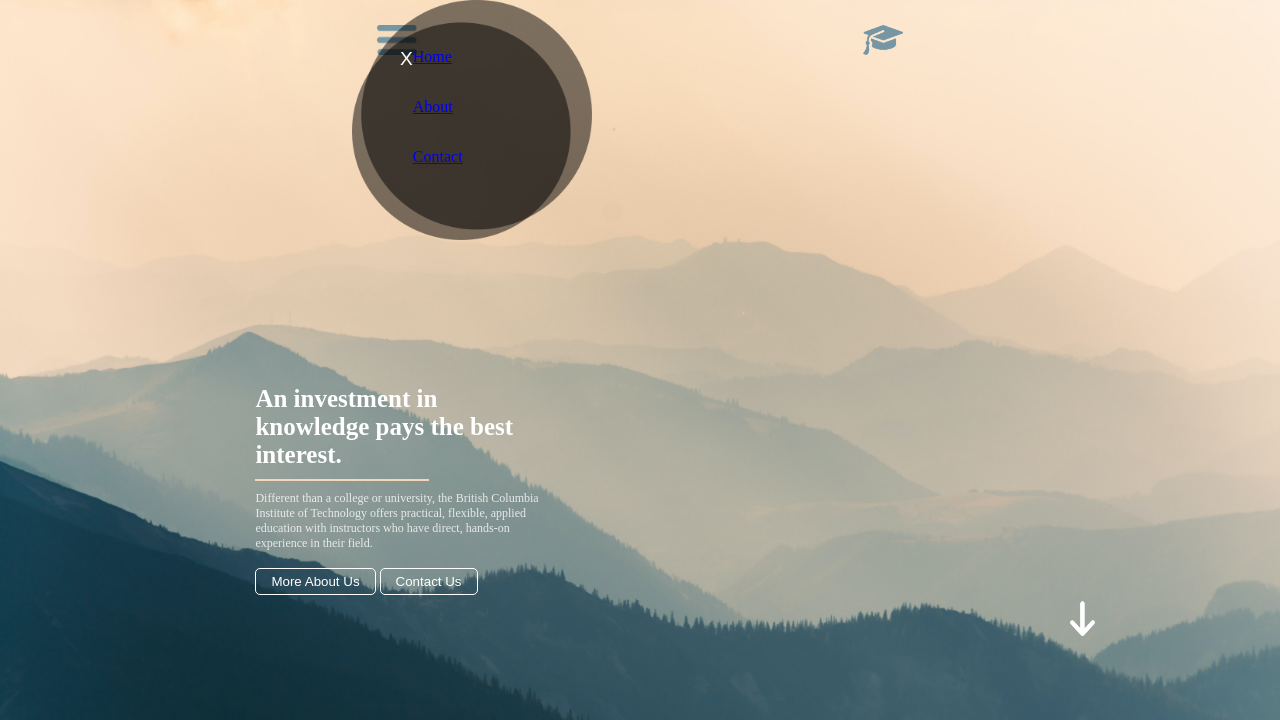
Repository: Sheraliramzan/Aly_A01253508_Assignment1
Page: /
These files come from the project's save history. The page is drawn as it stood at one moment and after a run of saves; the edit follows.
The browser window is 1280 px wide. The pictures show the whole page.
The project was rebuilt for these pictures with package versions that can differ from the ones it lists, and the page was loaded fresh each time. The framework's server and built-in components were replaced by stand-ins that run in the browser. Also part of the build but not shown: next.config.js.

Above is the page before, as saved 2023-02-04 17:48:40.

### pages/index.js
import Head from 'next/head'
import Image from 'next/image'
import styles from '../styles/Home.module.css'
import { useState } from 'react'
import { useRouter } from 'next/router'



export default function Home() {

  const [isMenuOpen, setIsMenuOpen] = useState(false);
  const handleClick = () => {
    setIsMenuOpen(!isMenuOpen);
  };
  const router = useRouter();
  return (
    <>
      <Head>
        <title>Home</title>
        <meta name="author" content="MDIA 2109" />
        <meta property="og:title" content= "Assignment #1 - Home Page"/>
        <meta property="og:description" content= "BCIT Digital Design and Development Diploma"/>
        <meta name="viewport" content="width=device-width, initial-scale=1" />
        <link rel="icon" href="/favicon.png" />
      </Head>
      <main className={styles.main}>
        <div className='fullcont'>
          <div className="navcont">
              <Image
                src={"/icons/menu-icon.png"}
                width={40}
                height={30}
                onClick={handleClick}
              />
              <Image src={"/icons/graduation-hat.png"} width={40} height={30} />
          </div>
          <div className="menucont">
          <div className="listcont">
            <div className="btncont">
              <button className="close" onChange={handleClick}>
                X
              </button>
            </div>
              <ul>
                <li>
                  <a href='#'>Home</a>
                </li>
                <li>
                  <a href='#'>About</a>
                </li>
                <li>
                  <a href='#'>Contact</a>
                </li>
              </ul>
            </div>
          <Image
            src={"/background-images/menuBackground.png"}
            width={240}
            height={240}
          />
        </div>

          <div className="headcont">
            <h1 className="headhome">An investment in <br/>knowledge pays the best <br/> interest.</h1>
            <div className="horidiv"></div>
            <p className="para1">Different than a college or university, the British Columbia <br/> Institute of Technology offers practical, flexible, applied education with instructors who have direct, hands-on experience in their field.</p>
          </div>
          <a className='butcont'>
            <button className='but1'>More About Us</button>
            <button className='but1'>Contact Us</button>
          </a>
          <a>
            <span>
              <Image className='downarrow' src ={"/downwardArrow.png"} width={25} height={35}></Image>
            </span>
          </a>
        </div>
      </main>
    </>
  )
}

### styles/globals.css


* {
  box-sizing: border-box;
  padding: 0;
  margin: 0;
}

html,
body {
  max-width: 100vw;
  overflow-x: hidden;

  background-image:url('../public/background-images/backgroundMountain.jpg') ;
  background-size: cover;
  background-repeat: no-repeat;
  height: 100vh;
}
.navcont {
  display: flex;
  align-items: center;
  justify-content: space-between;
  padding: 10px 1px;
}
.menucont{
  position: absolute;
  top: 0rem;
  left: 22rem;
}

ul {
  display: flex;
  flex-direction: column;
  position: relative;
  gap: 2rem;
}

ul > li {
  list-style-type: none;
  color: white;
}
.listcont{
  position: absolute;
  display: flex;
  align-items: flex-start;
  left: 3rem;
  top: 3rem;
}

.btncont {
  display: flex;
}

.close {
  background-color: transparent;
  border: none;
  font-size: larger;
  color: white;
}

.fullcont{
  margin: 15px;
}
.but1{
  margin: 2px;
  padding: 5px 15px;
  background: none;
  border: 1px solid var(--primary-color);
  border-radius: 5px;
  color:var(--primary-color) ;
}
.butcont{
 margin-left: -123px;
}

.but1:hover{
  background-color: var( --primary-color);
  color: var(--quinary-color);
}
.downarrow{
  position: relative;
  left: 590px;
  top:50px;
}
.headcont{
  display: flex;
  flex-direction: column;
  width: 55%;
  margin-top: 320px;
  margin-left: -121px;
}
.headhome{
  color: var(--primary-color);
  font-size: 25px;
  margin-bottom: 10px;
}
.horidiv{
  width: 60%;
  border: 1px solid var(--secondary-color);
  margin-bottom: 10px;
}
.para1{
  color: var(--primary-color);
  font-size:12px;
  width: 100%;
  opacity: 0.8;
}


#carouselImage{
  height: 200px;
  background-repeat: no-repeat;
  background-size: cover;
  display: flex;
  justify-content: center;
  align-items: center;
  margin: 40px 0px;
}
#testOnImageHere{
  background-color: rgba(16, 46, 53, 0.5);
  padding: 10px;
  margin: 0px 50px;
}

### styles/variables.css
:root{
    --primary-color:#fff;
    --secondary-color:#f4d6b9;
    --ternary-color: #7796a4;
    --quaternary-color:#14343d;
    --quinary-color:rgba(16,46,53,0.5);
}

### styles/Home.module.css
.main {
  display: flex;
  flex-direction: column;
  justify-content: space-between;
  align-items: center;
}

Loaded but not shown: pages/_app.js (common file); pages/_document.js (common file)

After the next 3 saves:
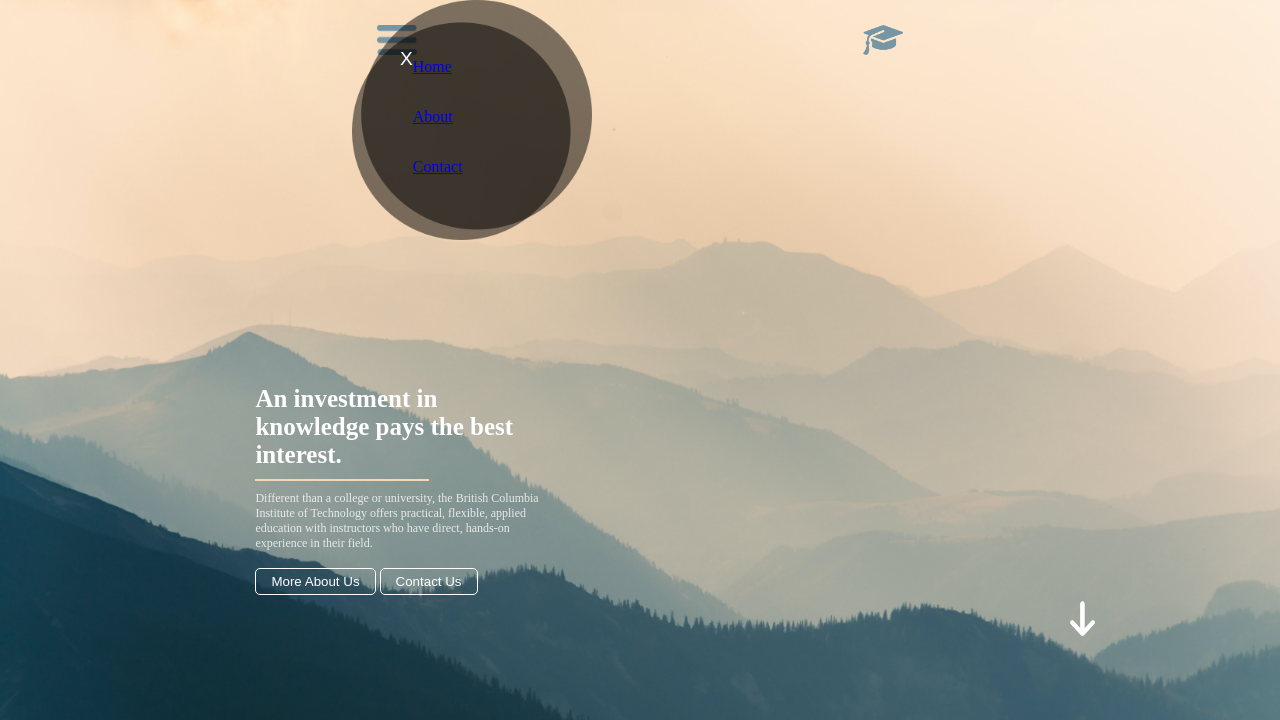
The 3 saves are shown as one change because they came seconds apart.
The last was saved 8 s later.
--- a/styles/globals.css
+++ b/styles/globals.css
@@ -32,6 +32,7 @@ ul {
   display: flex;
   flex-direction: column;
   position: relative;
+  top: 10px;
   gap: 2rem;
 }
 
